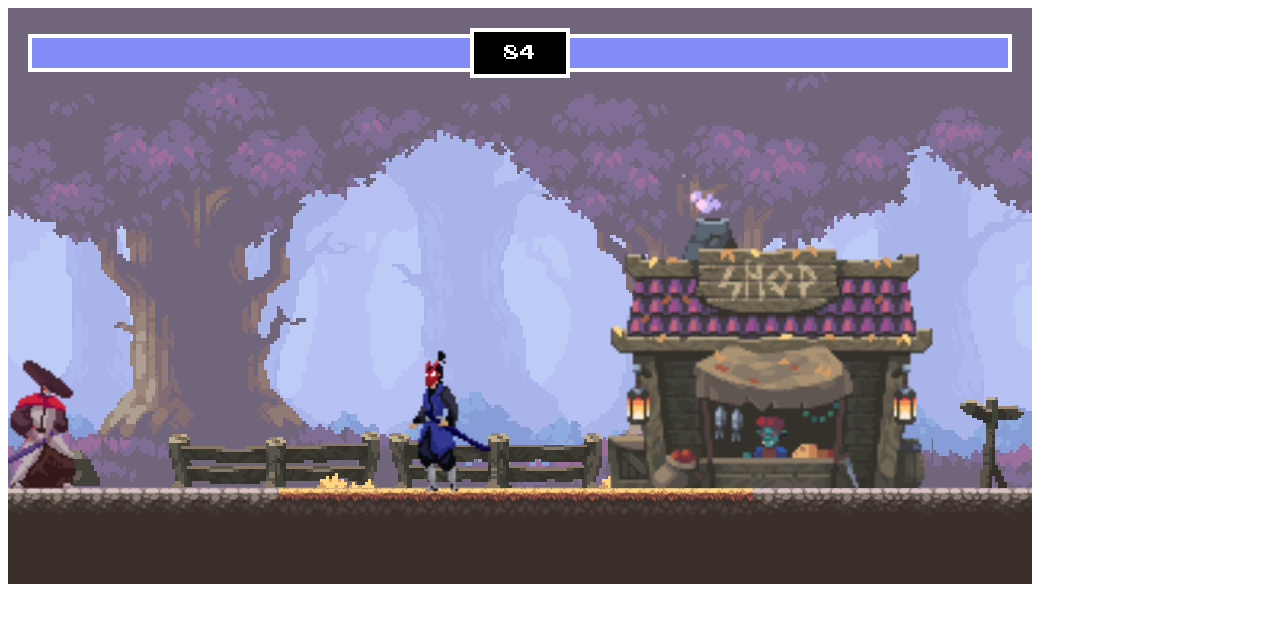
Repository: LuizAGDomingues/js-fighting-game
Page: index.html
An editor plug-in stored every save of this project. The page is shown before and after a run of saves, followed by the edit.
The browser window is 1280 px wide. The pictures show the whole page.

Above is the page before, as saved 2022-12-20 21:51:46.

### index.html
<!DOCTYPE html>
<html lang="en">
  <head>
    <meta charset="UTF-8" />
    <link rel="icon" type="image/svg+xml" href="./images/Logo.jpg" />
    <link rel="preconnect" href="https://fonts.googleapis.com" />
    <link rel="preconnect" href="https://fonts.gstatic.com" crossorigin />
    <link href="https://fonts.googleapis.com/css2?family=Press+Start+2P&display=swap" rel="stylesheet" />
    <link href="./src/css/battle.css" rel="stylesheet" />
    <meta name="viewport" content="width=device-width, initial-scale=1.0" />
    <title>Figthing Game</title>
  </head>
  <body>
    <div class="content">
      <div class="life-bars">
        <!-- player health -->
        <div class="playerHealth-content">
          <div class="playerHealth-aux"></div>
          <div id="playerHealth" class="playerHealth-bar"></div>
        </div>
        <!-- timer -->
        <div id="timer" class="timer">10</div>
        <!-- enemy health -->
        <div class="enemyHealth-content">
          <div class="enemyHealth-aux"></div>
          <div id="enemyHealth" class="enemyHealth-bar"></div>
        </div>
      </div>
      <div id="displayText" class="result">Tie</div>
      <canvas></canvas>
    </div>
    <script
      src="https://cdnjs.cloudflare.com/ajax/libs/gsap/3.11.3/gsap.min.js"
      integrity="sha512-gmwBmiTVER57N3jYS3LinA9eb8aHrJua5iQD7yqYCKa5x6Jjc7VDVaEA0je0Lu0bP9j7tEjV3+1qUm6loO99Kw=="
      crossorigin="anonymous"
      referrerpolicy="no-referrer"
    ></script>
    <script src="./src/utils.js"></script>
    <script src="./src/classes.js"></script>
    <script src="./src/main.js"></script>

    <audio autoplay>
      <source src="./audio/Perimore.mp3">
    </audio>
  </body>
</html>

### src/css/battle.css
* {
  box-sizing: border-box;
  font-family: 'Press Start 2P', sans-serif;
}

.content {
  position: relative;
  display: inline-block;
}

.life-bars {
  position: absolute;
  display: flex;
  width: 100%;
  align-items: center;
  padding: 20px;
}

.playerHealth-content {
  position: relative;
  width: 100%;
  display: flex;
  justify-content: flex-end;
  border-top: 4px solid white;
  border-left: 4px solid white;
  border-bottom: 4px solid white;
}

.playerHealth-aux {
  background-color: red;
  height: 30px;
  width: 100%;
}

.playerHealth-bar {
  position: absolute;
  background: #818CF8;
  top: 0;
  right: 0;
  bottom: 0;
  width: 100%;
}

.timer {
  background-color: black;
  width: 100px;
  height: 50px;
  flex-shrink: 0;
  display: flex;
  align-items: center;
  justify-content: center;
  color: white;
  border: 4px solid white;
}

.enemyHealth-content {
  position: relative;
  width: 100%;
  border-top: 4px solid white;
  border-right: 4px solid white;
  border-bottom: 4px solid white;
}

.enemyHealth-aux {
  background-color: red;
  height: 30px;
}

.enemyHealth-bar {
  position: absolute;
  background: #818CF8;
  top: 0;
  right: 0;
  bottom: 0;
  left: 0;
}

.result {
  position: absolute;
  color: white;
  align-items: center;
  justify-content: center;
  top: 0;
  right: 0;
  bottom: 0;
  left: 0;
  display: none;
}

### src/utils.js
function rectangularCollision({ rectangle1, rectangle2 }) {
  return (
    rectangle1.attackBox.position.x + rectangle1.attackBox.width >= rectangle2.position.x
    && rectangle1.attackBox.position.x <= rectangle2.position.x + rectangle2.width
    && rectangle1.attackBox.position.y + rectangle1.attackBox.height >= rectangle2.position.y
    && rectangle1.attackBox.position.y <= rectangle2.position.y + rectangle2.height
  )
};

function determineWinner({player, enemy, timerId}) {
  clearTimeout(timerId)
  document.querySelector('#displayText').style.display = 'flex'
  if(player.health === enemy.health) {
    document.querySelector('#displayText').innerHTML = 'Tie'
  } else if (player.health > enemy.health) {
    document.querySelector('#displayText').innerHTML = 'Player 1 wins'
  } else if (player.health < enemy.health) {
    document.querySelector('#displayText').innerHTML = 'Player 2 wins'
  }
};

### src/classes.js
class Sprite {
  constructor({position, imageSrc, scale = 1, framesMax = 1, offset = { x: 0, y: 0 }}) {
    this.position = position
    this.width = 50
    this.height = 150
    this.image = new Image()
    this.image.src = imageSrc
    this.scale = scale
    this.framesMax = framesMax
    this.framesCurrent = 0
    this.framesElapsed = 0
    this.framesHold = 5
    this.offset = offset
  }

  draw() {
    c.drawImage(
      this.image,
      this.framesCurrent * (this.image.width / this.framesMax),
      0,
      this.image.width / this.framesMax,
      this.image.height,
      this.position.x - this.offset.x,
      this.position.y - this.offset.y,
      (this.image.width / this.framesMax) * this.scale,
      this.image.height * this.scale
    )
  }

  animateFrames() {
    this.framesElapsed++
    if(this.framesElapsed % this.framesHold === 0) {
      if(this.framesCurrent < this.framesMax - 1) {
        this.framesCurrent++
      } else {
        this.framesCurrent = 0
      }
    }
  }

  update() {
    this.draw()
    this.animateFrames()
  }
}

class Fighter extends Sprite {
  constructor({
    position,
    velocity,
    color = 'red',
    imageSrc,
    scale = 1,
    framesMax = 1,
    offset = { x: 0, y: 0 },
    sprites,
    attackBox = { offset: {}, width: undefined, height: undefined }
  }) {
    super({
      position,
      imageSrc,
      scale,
      framesMax,
      offset
    })

    this.velocity = velocity
    this.width = 50
    this.height = 150
    this.lastKey
    this.attackBox = {
      position: {
        x: this.position.x,
        y: this.position.y
      },
      offset: attackBox.offset,
      width: attackBox.width,
      height: attackBox.height
    }
    this.color = color
    this.isAttacking
    this.health = 100
    this.framesCurrent = 0
    this.framesElapsed = 0
    this.framesHold = 5
    this.sprites = sprites
    this.dead = false

    for (const sprite in this.sprites) {
      sprites[sprite].image = new Image()
      sprites[sprite].image.src = sprites[sprite].imageSrc
    }
  }

  update() {
    this.draw()
    if(!this.dead) this.animateFrames()

    this.attackBox.position.x = this.position.x + this.attackBox.offset.x
    this.attackBox.position.y = this.position.y + this.attackBox.offset.y

    // Draw the attack box
    //c.fillRect(this.attackBox.position.x, this.attackBox.position.y, this.attackBox.size.width, this.attackBox.height)

    this.position.x += this.velocity.x
    this.position.y += this.velocity.y

    // gravity function
    if(this.position.y + this.height + this.velocity.y >= canvas.height - 96) {
      this.velocity.y = 0
      this.position.y = 330
    } else this.velocity.y += gravity
  }

  attack() {
    if(this.image === this.sprites.takeHit.image || this.image === this.sprites.death.image) {
      return
    } else {
      this.switchSprite('attack1')
      this.isAttacking = true
    }
  }

  takeHit() {
    this.health -= 20
    if(this.health <= 0) {
      this.switchSprite('death')
    } else {
      this.switchSprite('takeHit')
    }
  }

  switchSprite(sprite) {
    if(this.image === this.sprites.death.image) {
      if(this.framesCurrent === this.sprites.death.framesMax - 1)
        this.dead = true
      return
    }
    // overriding all other animations with the attack animation
    if(
      this.image === this.sprites.attack1.image &&
      this.framesCurrent < this.sprites.attack1.framesMax - 1
    ) return
    // overriding when figther gets hit
    if(
      this.image === this.sprites.takeHit.image &&
      this.framesCurrent < this.sprites.takeHit.framesMax - 1
    ) return

    switch(sprite) {
      case 'idle':
        if(this.image !== this.sprites.idle.image) {
          this.image = this.sprites.idle.image
          this.framesMax = this.sprites.idle.framesMax
          this.framesCurrent = 0
        }
        break
      case 'run':
        if(this.image !== this.sprites.run.image) {
          this.image = this.sprites.run.image
          this.framesMax = this.sprites.run.framesMax
          this.framesCurrent = 0
        }
        break
      case 'jump':
        if(this.image !== this.sprites.jump.image) {
          this.image = this.sprites.jump.image
          this.framesMax = this.sprites.jump.framesMax
          this.framesCurrent = 0
        }
        break
      case 'fall':
        if(this.image !== this.sprites.fall.image) {
          this.image = this.sprites.fall.image
          this.framesMax = this.sprites.fall.framesMax
          this.framesCurrent = 0
        }
        break
      case 'attack1':
        if(this.image !== this.sprites.attack1.image) {
          this.image = this.sprites.attack1.image
          this.framesMax = this.sprites.attack1.framesMax
          this.framesCurrent = 0
        }
        break
      case 'takeHit':
        if(this.image !== this.sprites.takeHit.image) {
          this.image = this.sprites.takeHit.image
          this.framesMax = this.sprites.takeHit.framesMax
          this.framesCurrent = 0
        }
        break
      case 'death':
        if(this.image !== this.sprites.death.image) {
          this.image = this.sprites.death.image
          this.framesMax = this.sprites.death.framesMax
          this.framesCurrent = 0
        }
        break
    }
  }
}

### src/main.js
const canvas = document.querySelector('canvas');
const c = canvas.getContext('2d');

canvas.width = 1024
canvas.height = 576

c.fillRect(0, 0, canvas.width, canvas.height)

const gravity = .7

var stopGame = false

const background = new Sprite({
  position: {
    x: 0,
    y: 0
  },
  imageSrc: '../images/background.png'
})

const shop = new Sprite({
  position: {
    x: 600,
    y: 128
  },
  imageSrc: '../images/shop.png',
  scale: 2.75,
  framesMax: 6
})

const player = new Fighter({
  position: {
    x: 0,
    y: 0
  },
  velocity: {
    x: 0,
    y: 0
  },
  offset: {
    x: 0,
    y: 0
  },
  imageSrc: '../images/samuraiMack/Idle.png',
  framesMax: 8,
  scale: 2.5,
  offset: {
    x: 215,
    y: 155
  },
  sprites: {
    idle: {
      imageSrc: '../images/samuraiMack/Idle.png',
      framesMax: 8
    },
    run: {
      imageSrc: '../images/samuraiMack/Run.png',
      framesMax: 8
    },
    jump: {
      imageSrc: '../images/samuraiMack/Jump.png',
      framesMax: 2
    },
    fall: {
      imageSrc: '../images/samuraiMack/Fall.png',
      framesMax: 2
    },
    attack1: {
      imageSrc: '../images/samuraiMack/Attack1.png',
      framesMax: 6
    },
    takeHit: {
      imageSrc: '../images/samuraiMack/Take Hit.png',
      framesMax: 4
    },
    death: {
      imageSrc: '../images/samuraiMack/Death.png',
      framesMax: 6
    }
  },
  attackBox: {
    offset: {
      x: 100,
      y: 50
    },
    width: 140,
    height: 50
  }
})

const enemy = new Fighter({
  position: {
    x: 400,
    y: 100
  },
  velocity: {
    x: 0,
    y: 0
  },
  color: 'blue',
  offset: {
    x: -50,
    y: 0
  },
  imageSrc: '../images/kenji/Idle.png',
  framesMax: 4,
  scale: 2.5,
  offset: {
    x: 215,
    y: 167
  },
  sprites: {
    idle: {
      imageSrc: '../images/kenji/Idle.png',
      framesMax: 4
    },
    run: {
      imageSrc: '../images/kenji/Run.png',
      framesMax: 8
    },
    jump: {
      imageSrc: '../images/kenji/Jump.png',
      framesMax: 2
    },
    fall: {
      imageSrc: '../images/kenji/Fall.png',
      framesMax: 2
    },
    attack1: {
      imageSrc: '../images/kenji/Attack1.png',
      framesMax: 4
    },
    takeHit: {
      imageSrc: '../images/kenji/Take hit.png',
      framesMax: 3
    },
    death: {
      imageSrc: '../images/kenji/Death.png',
      framesMax: 7
    }
  },
  attackBox: {
    offset: {
      x: -170,
      y: 50
    },
    width: 170,
    height: 50
  }
})

const keys = {
  a: {
    pressed: false
  },
  d: {
    pressed: false
  },
  ArrowRight: {
    pressed: false
  },
  ArrowLeft: {
    pressed: false
  }
}

// Timer actions
let timer = 90
let timerId
function decreaseTimer() {
  if(timer > 0) {
    timerId = setTimeout(decreaseTimer, 1000)
    timer--
    document.querySelector('#timer').innerHTML = timer
  }
  if(timer === 0) {
    determineWinner({player, enemy, timerId})
    stopGame = true
  }
};
decreaseTimer();

function animate() {
  window.requestAnimationFrame(animate)
  c.fillStyle = 'black'
  c.fillRect(0, 0, canvas.width, canvas.height)
  background.update()
  shop.update()
  c.fillStyle = 'rgba(255, 255, 255, 0.1)'
  c.fillRect(0, 0, canvas.width, canvas.height)
  player.update()
  enemy.update()

  player.velocity.x = 0
  enemy.velocity.x = 0

  // player movement
  if(keys.a.pressed && player.lastKey === 'a' && player ) {
    player.velocity.x = -5
    player.switchSprite('run')
  } else if(keys.d.pressed && player.lastKey === 'd') {
    player.velocity.x = 5
    player.switchSprite('run')
  } else {
    player.switchSprite('idle')
  }
  // player jumping
  if(player.velocity.y < 0) {
    player.switchSprite('jump')
  } else if(player.velocity.y > 0) {
    player.switchSprite('fall')
  }

  // enemy movement
  if(keys.ArrowLeft.pressed && enemy.lastKey === 'ArrowLeft') {
    enemy.velocity.x = -5
    enemy.switchSprite('run')
  } else if(keys.ArrowRight.pressed && enemy.lastKey === 'ArrowRight') {
    enemy.velocity.x = 5
    enemy.switchSprite('run')
  } else {
    enemy.switchSprite('idle')
  }
  // enemy jumping
  if(enemy.velocity.y < 0) {
    enemy.switchSprite('jump')
  } else if(enemy.velocity.y > 0) {
    enemy.switchSprite('fall')
  }

  // detect for collision & enemy is hit
  if(rectangularCollision({rectangle1: player, rectangle2: enemy}) && player.isAttacking && player.framesCurrent === 4) {
    enemy.takeHit()
    player.isAttacking = false
    gsap.to('#enemyHealth', {
      width: enemy.health + '%'
    })
  }

  //if player misses enemy
  if(player.isAttacking && player.framesCurrent === 4) {
    player.isAttacking = false
  }

  // detect for collision & player is hit
  if(rectangularCollision({rectangle1: enemy, rectangle2: player}) && enemy.isAttacking && enemy.framesCurrent === 2) {
    player.takeHit()
    enemy.isAttacking = false
    gsap.to('#playerHealth', {
      width: player.health + '%'
    })
  }

  //if enemy misses enemy
  if(enemy.isAttacking && enemy.framesCurrent === 2) {
    enemy.isAttacking = false
  }

  // end game base on health
  if(enemy.health <= 0 || player.health <= 0){
    determineWinner({player, enemy, timerId})
    stopGame = true
  }
}
animate()

window.addEventListener('keydown', (event) => {
  if(!player.dead && !stopGame) {
    switch (event.key) {
      case 'd':
        keys.d.pressed = true
        player.lastKey = 'd'
        break
      case 'a':
        keys.a.pressed = true
        player.lastKey = 'a'
        break
      case 'w':
        if(player.image === player.sprites.jump.image || player.image === player.sprites.fall.image) {
          break
        }
        player.velocity.y = -20
        break
      case ' ':
        player.attack()
        break
    }
  }
  if(!enemy.dead && !stopGame) {
    switch (event.key) {
      case 'ArrowRight':
        keys.ArrowRight.pressed = true
        enemy.lastKey = 'ArrowRight'
        break
      case 'ArrowLeft':
        keys.ArrowLeft.pressed = true
        enemy.lastKey = 'ArrowLeft'
        break
      case 'ArrowUp':
        if(enemy.image === enemy.sprites.jump.image || enemy.image === enemy.sprites.fall.image) {
          break
        }
        enemy.velocity.y = -20
        break
      case 'ArrowDown':
        enemy.attack()
        break
    }
  }
})

window.addEventListener('keyup', (event) => {
  switch (event.key) {
    case 'd':
      keys.d.pressed = false
      break
    case 'a':
      keys.a.pressed = false
      break

    case 'ArrowRight':
      keys.ArrowRight.pressed = false
      break
    case 'ArrowLeft':
      keys.ArrowLeft.pressed = false
      break
  }
})

After the next 2 saves:
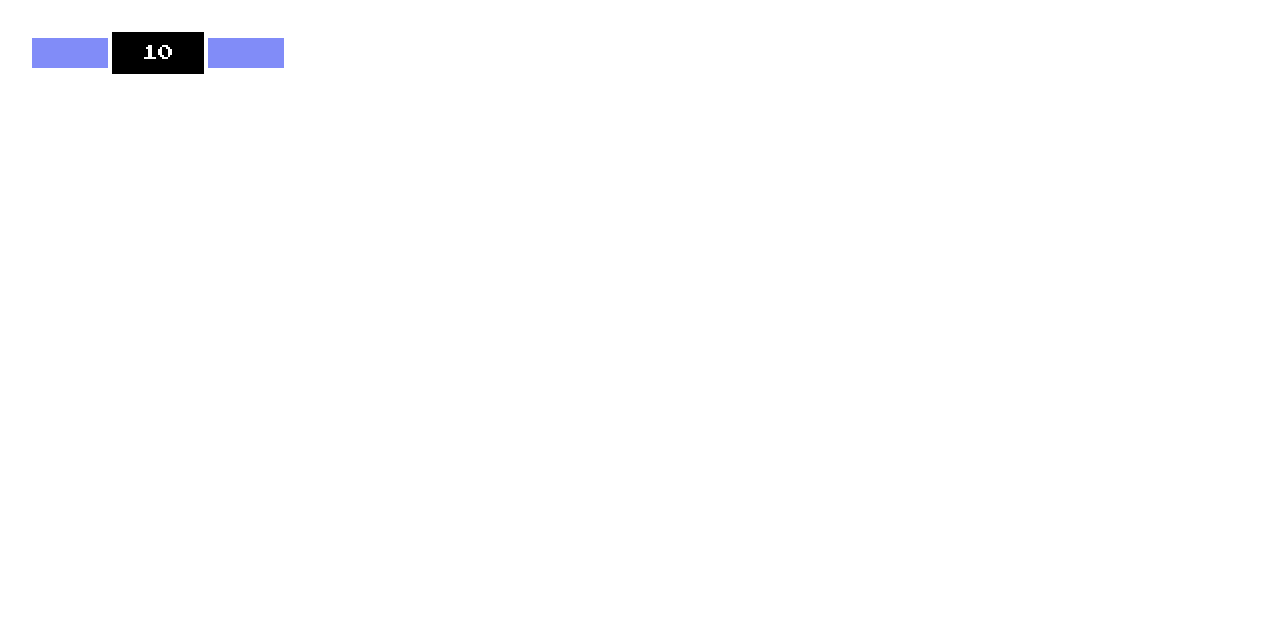
Console error: SyntaxError: Unexpected token ')'
The 2 saves are shown as one change because they came seconds apart.
The last was saved 6 s later.
--- a/src/main.js
+++ b/src/main.js
@@ -195,7 +195,7 @@
   enemy.velocity.x = 0
 
   // player movement
-  if(keys.a.pressed && player.lastKey === 'a' && player ) {
+  if(keys.a.pressed && player.lastKey === 'a' && player.position <=  ) {
     player.velocity.x = -5
     player.switchSprite('run')
   } else if(keys.d.pressed && player.lastKey === 'd') {

After the 2 saves that followed:
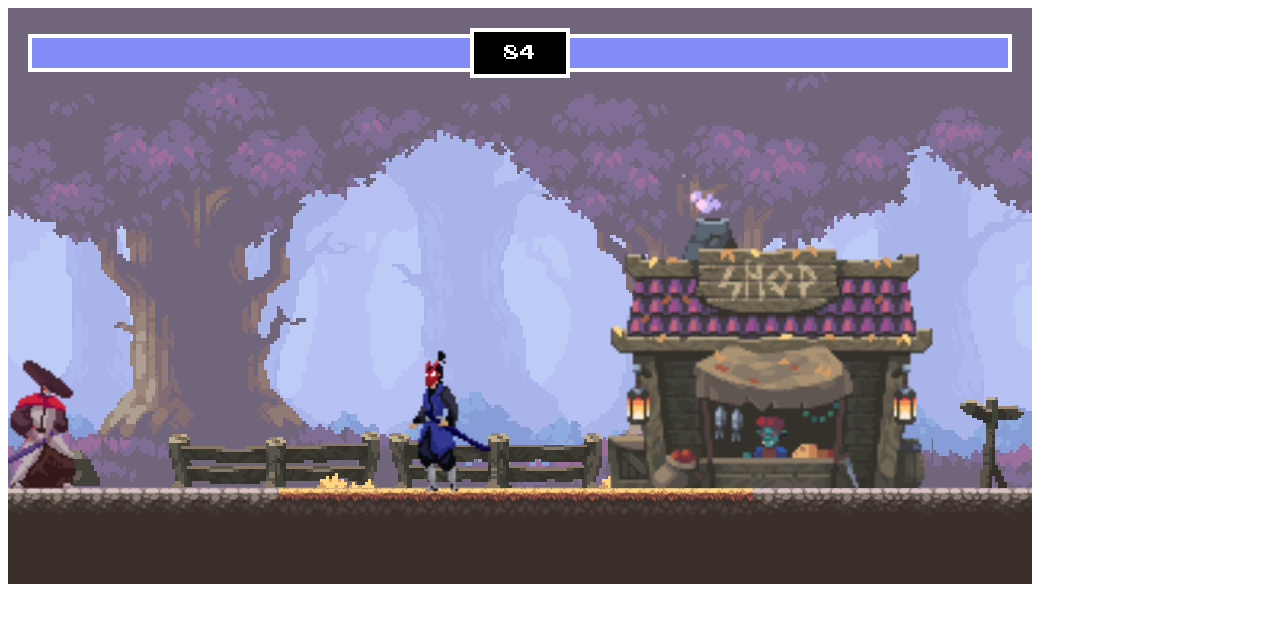
The error is gone.
The 2 saves are shown as one change because they came seconds apart.
The last was saved 20 s later.
--- a/src/main.js
+++ b/src/main.js
@@ -195,7 +195,7 @@
   enemy.velocity.x = 0
 
   // player movement
-  if(keys.a.pressed && player.lastKey === 'a' && player.position <=  ) {
+  if(keys.a.pressed && player.lastKey === 'a' && player.position <= 0) {
     player.velocity.x = -5
     player.switchSprite('run')
   } else if(keys.d.pressed && player.lastKey === 'd') {
